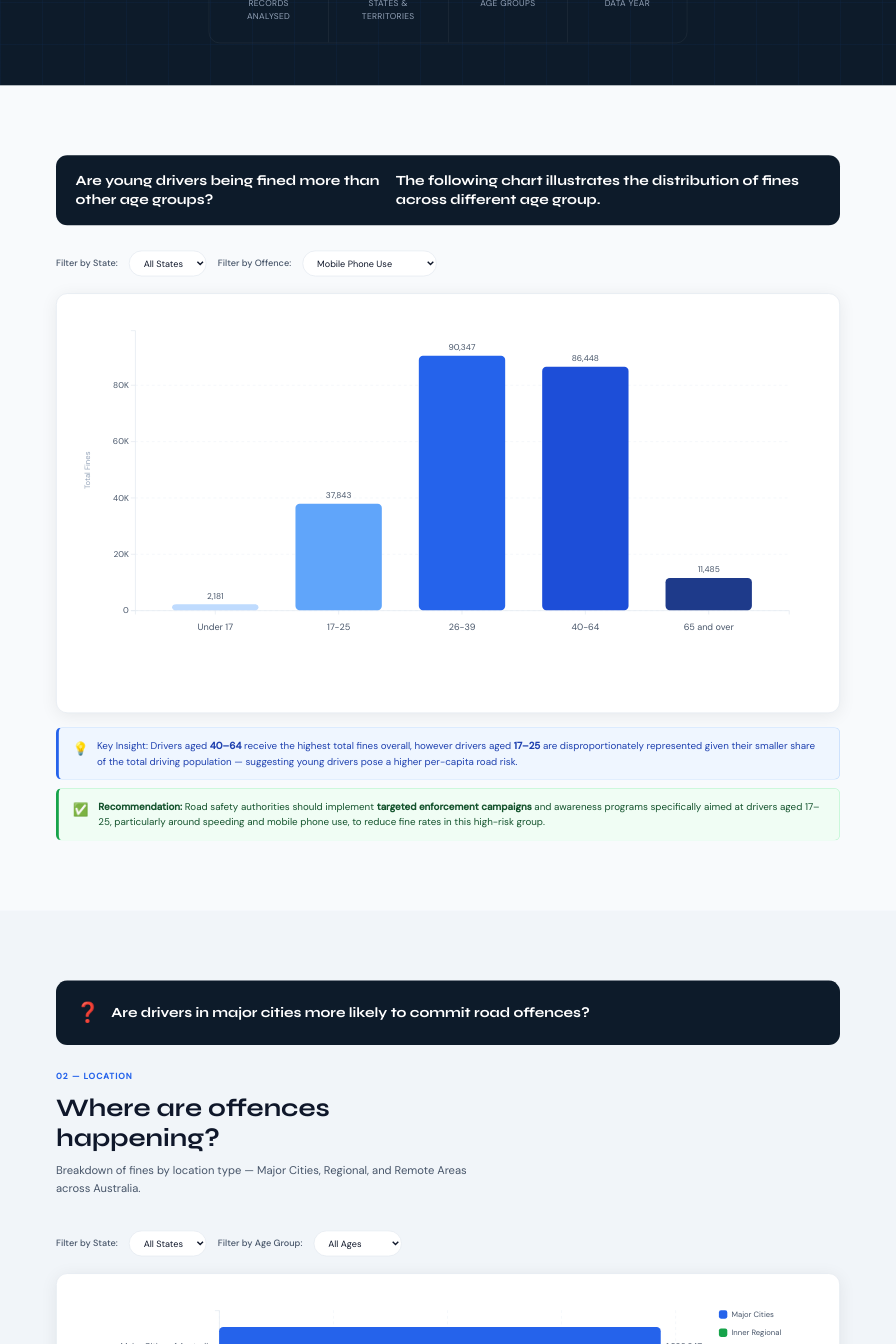
Repository: j26046183-hue/COS30045-GROUP-ASSIGNMENT
Page: index.html
These files come from the project's save history. The page is drawn as it stood at one moment and after the next save; the edit follows.
The browser window is 1280 px wide. The pictures show the part of the page from y = 777 to 2697 px (the page is 6496 px tall before and 6699 px after), at 70% of full size.

Above is the page before, as saved 2026-06-04 21:38:29.

After the next save:
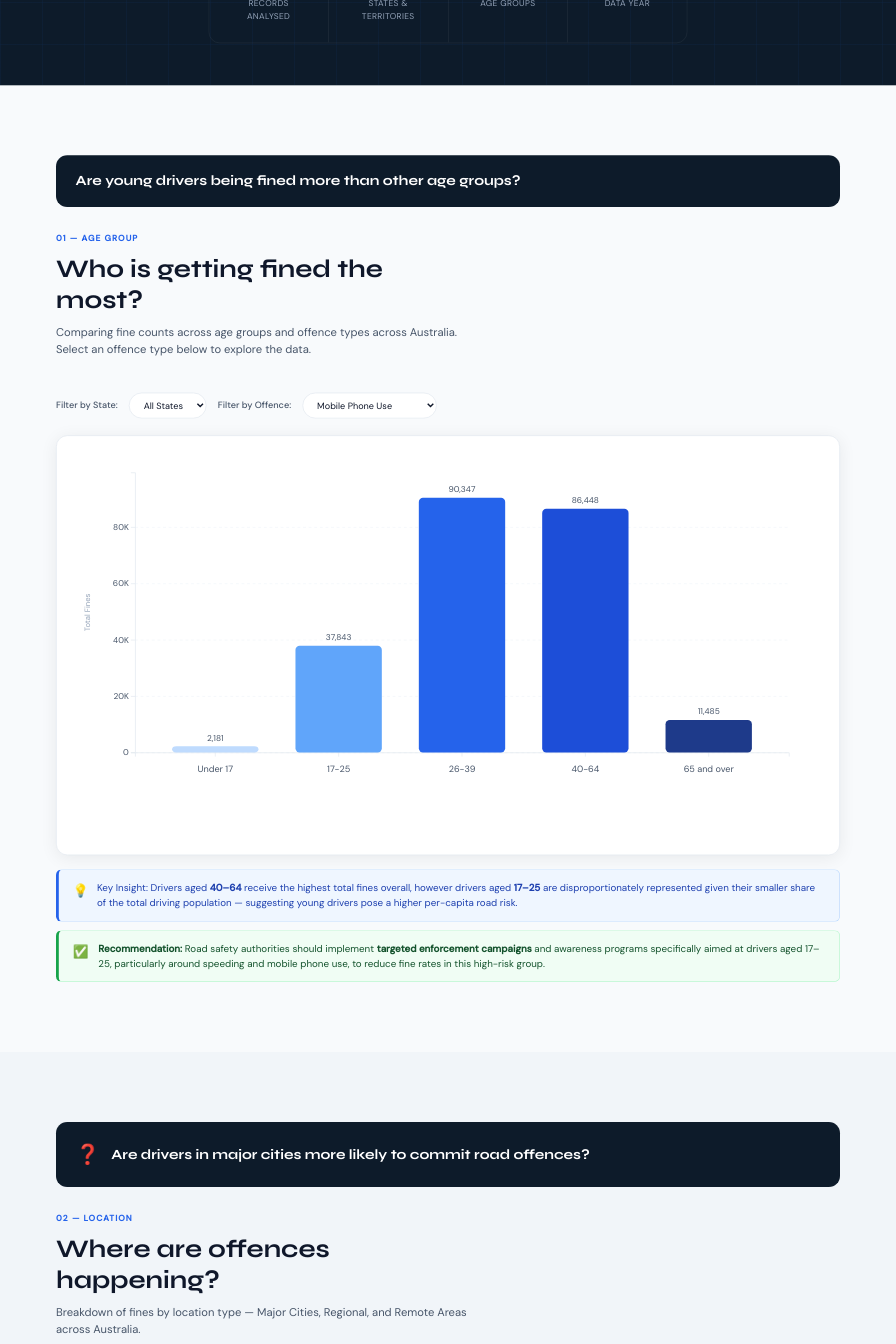
Saved 47 s later.
--- a/index.html
+++ b/index.html
@@ -60,7 +60,12 @@
         <!-- Story Question -->
         <div class="story-question">
             <h3>Are young drivers being fined more than other age groups?</h3>
-            <h3>The following chart illustrates the distribution of fines across different age group. </h3>
+        </div>
+
+        <div class="section-header">
+            <div class="section-tag">01 — Age Group</div>
+            <h2>Who is getting fined the most?</h2>
+            <p>Comparing fine counts across age groups and offence types across Australia. Select an offence type below to explore the data.</p>
         </div>
 
         <div class="chart-controls">
